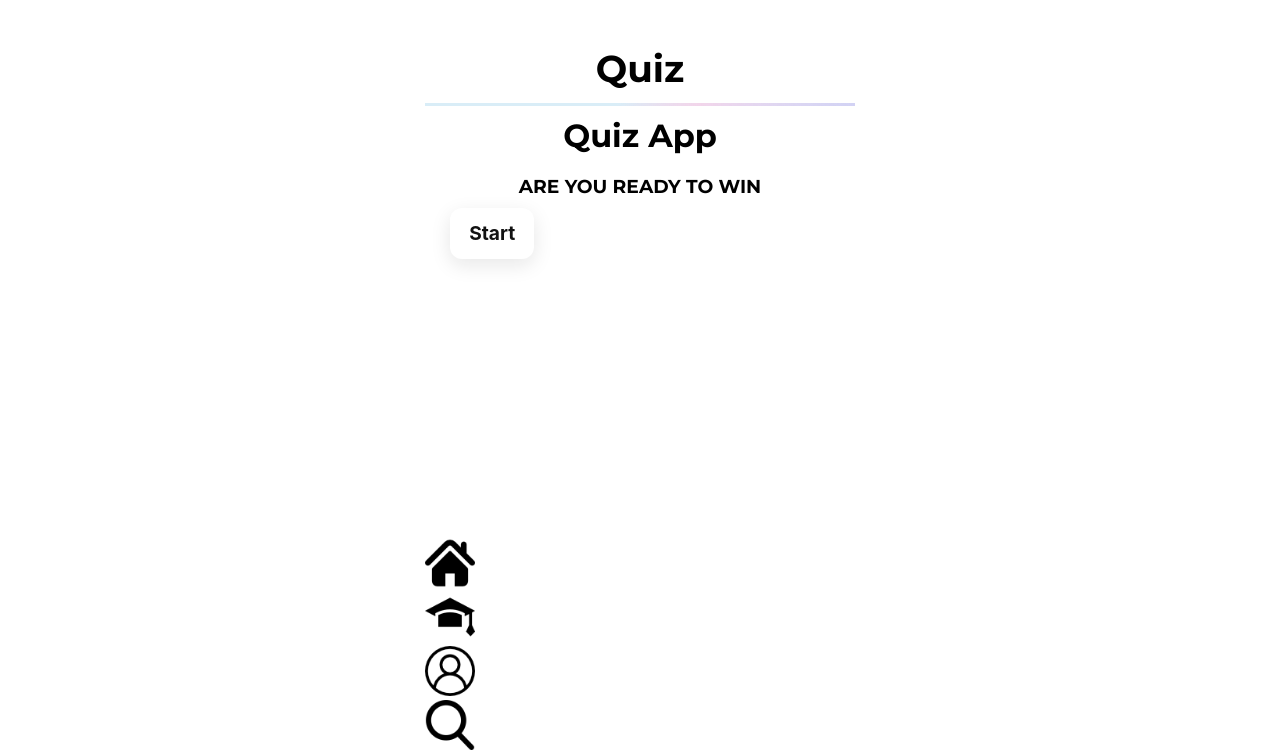
Repository: 1medi/pocketprof
Page: /QuizPage
An editor plug-in stored every save of this project. The page is shown before and after the next save, followed by the edit.
The browser window is 1280 px wide. The pictures show the whole page.
The project was rebuilt for these pictures with package versions that can differ from the ones it lists, and the page was loaded fresh each time. The framework's server and built-in components were replaced by stand-ins that run in the browser. Also part of the build but not shown: next.config.mjs, Components/Buttons/Oscar/Oscar.module.css, Components/Buttons/Oscar/index.js.

Above is the page before, as saved 2024-05-04 01:11:40.

### pages/_app.js
import "@/styles/globals.css";

import { QueryClient, QueryClientProvider } from "react-query";

const queryClient = new QueryClient();

export default function App({ Component, pageProps }) {
  return (
  <QueryClientProvider client={queryClient}>
  <Component {...pageProps} />
  </QueryClientProvider>
  );
}

### pages/QuizPage.js
import Head from "next/head";
import styles from "@/styles/QuizPage.module.css";
import Link from "next/link";
import Header from "@/Components/Header";
import Button3 from "@/Components/Buttons/Button3"
import NavBar from "@/Components/Navbar";
import { Montserrat } from "next/font/google";

const montserrat = Montserrat({ subsets: ['latin'] })

export default function QuizPage() {
  return (
    <>
      <Head>
        <title>Quiz Page</title>
        <meta name="description" content="Quiz section" />
        <meta name="viewport" content="width=430" />
        <link rel="icon" href="/favicon.ico" />
      </Head>
      <div className={styles.mobileContainer}>
      <Header name="Quiz"/>
      <main className={`${styles.main} ${montserrat.className}`}>
        <div className={styles.container}>
          <h1 className={styles.title}>Quiz App</h1>
          <div></div>
          <div className={styles.descriptionContainer}>
            <h3>ARE YOU READY TO WIN</h3>
          </div>
          <Link href='/quiz/page' className={styles.buttonContainer}>
            <Button3 name={"Start"} />
          </Link>
        </div>
        <div></div>
      </main>
      <NavBar />
      </div>

    </>
  );
}

### pages/api/chat.js
import { OpenAI } from "openai";

const openai = new OpenAI({
  apiKey: process.env.OPENAI_KEY
});

export default async function handler(req, res) {
  if (req.method !== "POST") {
    return res.status(405).json({ error: "Method not allowed, please use POST" });
  }

  try {
    const prompt = req.body.prompt;
    console.log(prompt);
    const gptResponse = await openai.chat.completions.create({
      model: "gpt-3.5-turbo",
      messages: [
        {
          role: "system",
          content:
            "You are an all knowing otter named oscar that specializes in creative and technical skills as well as mental health. Provide youtube videos, articles, or a single goal (When i ask specifically and no longer than 1 sentence) to help users on their journey to become better people!(In 2-3 Sentences)"
        },
        {role: "user", content: prompt },
      ],
    });
    console.log(gptResponse);
    return res.status(200).json({ message: "Success", data: gptResponse.choices[0].message.content });
  } catch (error) {
    console.log(error);
    return res.status(500).json({ error: "Internal Server Error" })
  }
}

### pages/api/image.js
import { OpenAI } from "openai";

const openai = new OpenAI({
  apiKey: process.env.OPENAI_KEY // This is also the default, can be omitted
});

export default async function handler(req, res) {
  if (req.method !== "POST") {
    return res.status(405).json({ error: "Method not allowed, please use POST" });
  }

  try {
    const prompt = req.body.prompt;
    console.log(prompt);
    const response = await openai.images.generate({
      model: "dall-e-2",
      prompt: "banana",
      n: 1,
      size: "256x256",
    });
    const imageUrl = response.data[0].url;
    return res.status(200).json({ message: "Success", imageUrl });
  } catch (error) {
    console.log(error);
    return res.status(500).json({ error: "Internal Server Error" })
  }
}

### styles/globals.css
:root {
background-color: white;
align-content: center;
--main-color-purple: #53239B;
--main-color-lightpurple: #CCBFED;
--secondary-color-blue: #9AB7F9;
--secondary-color-lightblue: #CCE3FB;

--font-header: 34pt ;
--font-section-header: 28pt;
--font-sub-header: 24pt;
--font-button: 16pt;
--font-body: 16pt;
--font-secondary: 14pt;
--font-tertiary:12pt;

--headings: "Montserrat", "sans-serif";
--body-text: "Noto Sans", sans-serif;

}


* {
    padding: 0;
    margin: 0;
  }

  ol,
  ul {
    list-style: none;
  }

### styles/QuizPage.module.css
.mobileContainer{
  width: 430px;
  margin: 0 auto;
}

.main {
  overflow-x: hidden;
  justify-content: center;
  display: flex;
  background-color: var(--lightpurple-background);
  align-items: center;
  flex-direction: column;
  justify-content: space-between;
  align-items: center;
  min-height: 60vh;
  font-family: "Montserrat", "sans-serif";
}

/* .container {
  max-width: 400px;
  max-height: 932px;
  width: 100%;
  background-color: #8CACF4;
  position: relative;
  display: flex;
  flex-direction: column;
  margin-top: 100px;
  border-radius: 10px;
  z-index: 1;
} */

.container {
  background: linear-gradient(45deg, var(--primary) 0%, var(--secondary) 100%);
 animation: morph 8s ease-in-out infinite;
 border-radius: 60% 40% 30% 70% / 60% 30% 70% 40%;
 height: 400px;
 transition: all 1s ease-in-out;
 width: 400px;
 z-index: 5;
}

@keyframes morph {
 0% {
     border-radius:  60% 40% 30% 70% / 60% 30% 70% 40%;
     background: linear-gradient(45deg, var(--primary) 0%, var(--secondary) 100%);
 }

 50% {
     border-radius:  30% 60% 70% 40% / 50% 60% 30% 60%;
     background: linear-gradient(45deg, var(--third) 0%, var(--secondary) 100%);
 }

 100% {
   border-radius:  60% 40% 30% 70% / 60% 30% 70% 40%;
   background: linear-gradient(45deg, var(--primary) 0%, var(--secondary) 100%);
 }
}


.title{
  text-align: center;
  padding:10px;
  font-family: "Montserrat", "sans-serif";
}

.descriptionContainer{
  text-align: center;
  padding:10px
}

.buttonContainer {
  text-align: center;
  padding: 10px;
}

.backgroundArt {
  z-index: 999;
  position: relative;
  bottom: 200px;
}

### Components/Header/index.js
import styles from "@/Components/Header/Header.module.css"
import Link from "next/link"

export default function Header({name}){
  return (
    <>
    <header className={styles.header}>

      <h1 className={styles.headerTitle}>{name}</h1>
    </header>
    </>
  )
}

### Components/Buttons/Button3/index.js
import styles from "./Button3.module.css"

export default function Button3({
  name
}){
  return (
    <>
    <button className={styles.button}>{name}</button>
    </>
  )
}

### Components/Navbar/index.js
import styles from "./Navbar.module.css"
import Oscar from "@/Components/Buttons/Oscar"
import Link from "next/link"
import Home from "@/public/img/home-icon-silhouette.png"
import Image from "next/image"
import Learn from "@/public/img/learn.png"
import Profile from "@/public/img/navuser.png"
import Search from "@/public/img/search.png"

export default function NavBar() {
  return (
    <nav className={styles.nav}>
      <div className={styles.navContainer}>
        <ul className={styles.navOptions}>
          <li className={styles.navLink}>
            <Link href={'/Home'} className={styles.navText}>
              <Image
              className={styles.image}
              src={Home}
              width={50}
              height={50}
              />
            </Link>
          </li>
          <li className={styles.navLink}>
            <Link href={'/Courses'} className={styles.navText}>
              <Image
              className={styles.image}
              src={Learn}
              width={50}
              height={50}
              />
            </Link>
          </li>
          <li className={styles.navLink}>
            <Link href={'/Profile'} className={styles.navText}>
              <Image
              className={styles.image}
              src={Profile}
              width={50}
              height={50}
              />
            </Link>
          </li>
          <li className={styles.navLink}>
            <Link href={'/QuizPage'} className={styles.navText}>
              <Image
              className={styles.image}
              src={Search}
              width={50}
              height={50}
              />

            </Link>
          </li>
        </ul>
      </div>
    </nav>
  )
}

### Components/Header/Header.module.css
.header{
  max-height: 400;
  height: 4rem;
  position: relative;
  padding: 1.3rem;
  backdrop-filter: blur(10px);
  justify-content: center;
  align-items: center;
  }

  .header::before {
    content: "";
    position: absolute;
    inset: 0;
    border-bottom: 3px solid transparent;
    background: linear-gradient(140deg,  #d9edf7 35%, rgba(237, 202, 216, 0) 50%, var(--main-color-lightpurple)), radial-gradient(circle, #ffcae1 0, #daeafc 100%) border-box;
    mask: linear-gradient(#fff 0 0) padding-box, linear-gradient(#fff 0 0);
    mask-composite: exclude;
  }


.headerTitle{
  text-align: center;
  margin:auto;
  display: flex;
  justify-content: center;
  color: black;
  padding-top: 25px;
  font-family: var(--headings);
  font-size: var(--font-section-header);
}

### Components/Buttons/Button3/Button3.module.css
.button {
  align-items: center;
  background-color: #fff;
  border-radius: 12px;
  box-shadow: transparent 0 0 0 3px,rgba(18, 18, 18, .1) 0 6px 20px;
  box-sizing: border-box;
  color: #121212;
  cursor: pointer;
  display: inline-flex;
  flex: 1 1 auto;
  font-family: Inter,sans-serif;
  font-size: 1.2rem;
  font-weight: 700;
  justify-content: center;
  line-height: 1;
  margin: 0;
  outline: none;
  padding: 1rem 1.2rem;
  text-align: center;
  text-decoration: none;
  transition: box-shadow .2s,-webkit-box-shadow .2s;
  white-space: nowrap;
  border: 0;
  user-select: none;
  -webkit-user-select: none;
  touch-action: manipulation;
}

.button:hover {
  box-shadow: #121212 0 0 0 3px, transparent 0 0 0 0;
}

### Components/Navbar/Navbar.module.css
@media only screen and (max-width:430px) {
  .nav {
  position: fixed;
  bottom: 0;
  left: 0;
  width: 100%;
  display: flex;
  flex-direction: row;
  background-color:var(--main-color-lightpurple);
  justify-content: space-around;
}

.navContainer{
  position: relative;
  justify-content: space-around;
  width: 100%;
}
.buttonContainer{
  padding:10px;

}

.navOptions{
  display: flex;
  flex-direction: row;
  text-align: center;
  justify-content: space-around;
  padding: 10px;
  text-decoration: none;
}

.navLink{
  padding: 10px;
  border-radius: 10px;
  text-decoration: none;
  list-style: none;
  position: relative;
  justify-content: center;
}

.image:hover{
  background-color: #8b82a4;
}

.navText{
  text-decoration: none;
  list-style: none;
  color:black;
}

.navText:visited{
  text-decoration: none;
  list-style: none;
  color: black;
}

.oscar{
  position:relative
}
}

Loaded but not shown: pages/_document.js (common file); pages/api/askOscar.js (no copy from this time; the picture is the same without it)

After the next save:
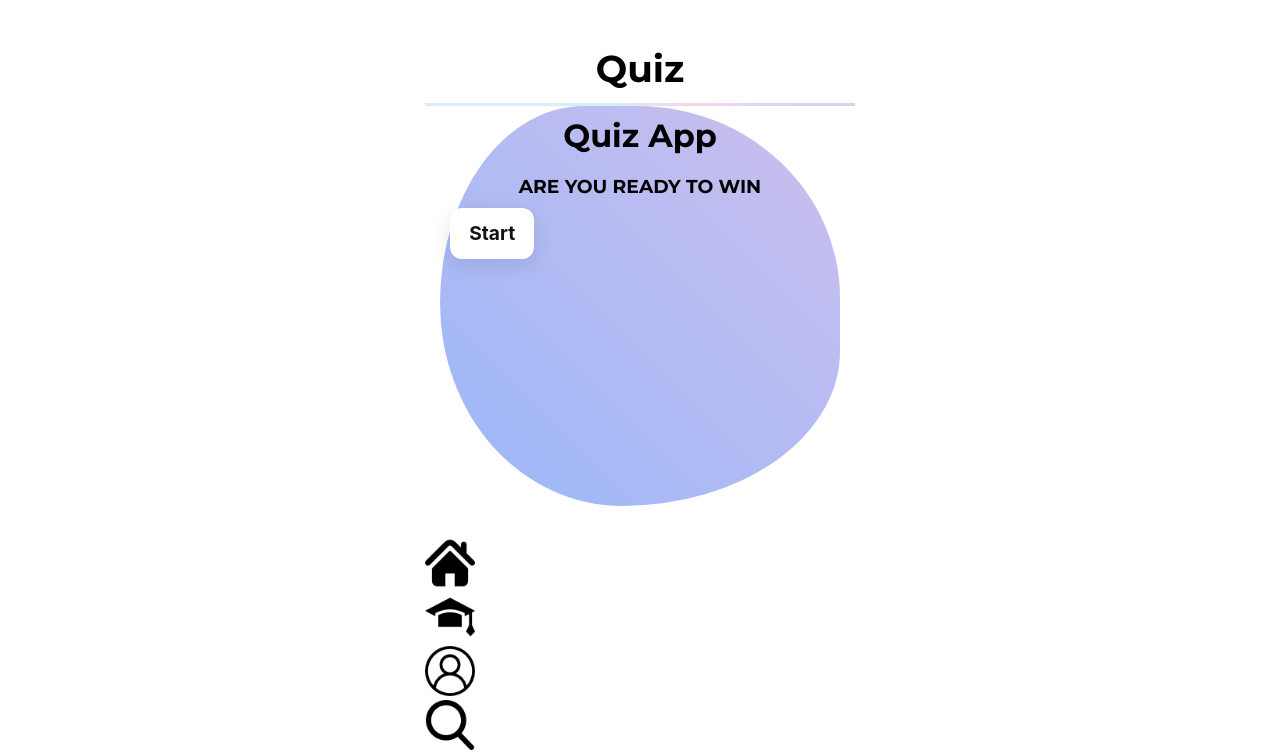
Saved 2 min 21 s later.
--- a/styles/QuizPage.module.css
+++ b/styles/QuizPage.module.css
@@ -42,17 +42,17 @@
 @keyframes morph {
  0% {
      border-radius:  60% 40% 30% 70% / 60% 30% 70% 40%;
-     background: linear-gradient(45deg, var(--primary) 0%, var(--secondary) 100%);
+     background: linear-gradient(45deg, var(--main-color-purple) 0%, var(--main-color-lightpurple) 100%);
  }
 
  50% {
      border-radius:  30% 60% 70% 40% / 50% 60% 30% 60%;
-     background: linear-gradient(45deg, var(--third) 0%, var(--secondary) 100%);
+     background: linear-gradient(45deg, var(--secondary-color-blue) 0%, var(--main-color-lightpurple) 100%);
  }
 
  100% {
    border-radius:  60% 40% 30% 70% / 60% 30% 70% 40%;
-   background: linear-gradient(45deg, var(--primary) 0%, var(--secondary) 100%);
+   background: linear-gradient(45deg, var(--main-color-purple) 0%, var(--main-color-lightpurple) 100%);
  }
 }
 
